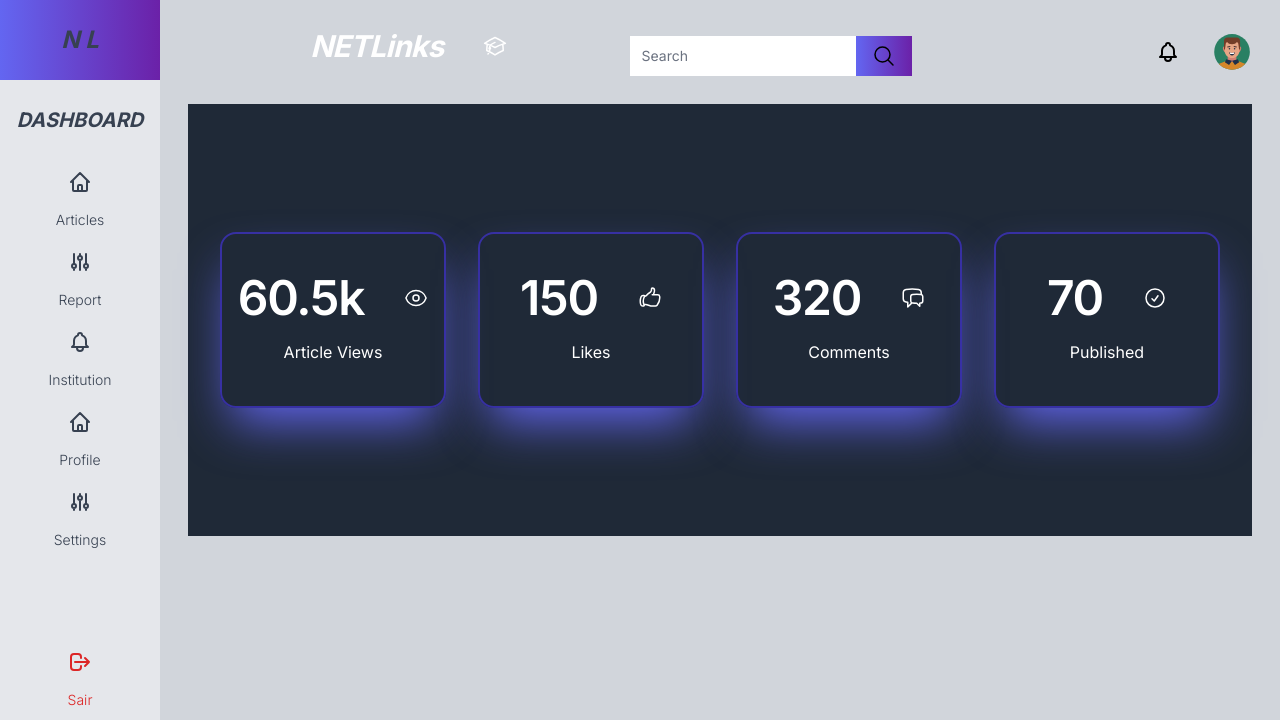
Repository: KennedyWanderson/AdminDashboard
Page: / (app in Code/admindashboard/)
An editor plug-in stored every save of this project. The page is shown before and after the next save, followed by the edit.
The browser window is 1280 px wide. The pictures show the whole page.
The project was rebuilt for these pictures with package versions that can differ from the ones it lists, and the page was loaded fresh each time. The framework's server and built-in components were replaced by stand-ins that run in the browser. Also part of the build but not shown: Code/admindashboard/next.config.mjs.

Above is the page before, as saved 2024-06-26 20:11:28.

### Code/admindashboard/src/app/layout.js
import { Inter } from "next/font/google";
import "./globals.css";

const inter = Inter({ subsets: ["latin"] });

export const metadata = {
  title: "Admin Dashboard",
  description: "Generated by Kennedy Wanderson",
};

export default function RootLayout({ children }) {
  return (
    <html lang="en">
      <body className={inter.className}>{children}</body>
    </html>
  );
}

### Code/admindashboard/src/app/page.js
import Layout from "@/components/Layout";

export default function Home() {
  return (
    <Layout>
      Content
    </Layout>
  )
}

### Code/admindashboard/src/components/Layout.jsx
"use client";

import { useState } from "react";
import Content from "./Content";
import Header from "./Header";
import LateralMenu from "./LateralMenu";
import HomePage from "./Home";


export default function Layout() {
    const [activeComponent, setActiveComponent] = useState("HomePage");

    const renderActiveComponent = () => {
        switch (activeComponent) {
            case "HomePage":
                return <HomePage />;
            default:
                return <HomePage />;
        }
    };

    return (
        <div className={`flex h-screen w-screen`}>
            <LateralMenu setActiveComponent={setActiveComponent} />
            <div className={`
                flex flex-col w-full p-7
                bg-gray-300 dark:bg-gray-800
            `}>
                <Header />
                <Content>
                    {renderActiveComponent()}
                </Content>
            </div>
        </div>
    );
}

### Code/admindashboard/src/components/Content.jsx
export default function Content({ children }) {
    return (
        <div className={`
            flex flex-col mt-7
            dark:text-gray-200
        `}>
            {children}
        </div>
    );
}

### Code/admindashboard/src/components/Header.jsx
import AvatarUsuario from "./UserAvatar";
import { IconeAcademic, IconeSearch, IconeSino } from "./icons";

export default function Header({ titulo, subtitulo }) {


    return (
        <div className={`flex`}>
            <div>
                <h1 className={`
                font-black text-3xl
                text-gray-900 dark:text-gray-100
            `}>
                    {titulo}
                </h1>
                <h2 className={`
                font-light text-sm
                dark:text-gray-300
            `}>
                    {subtitulo}
                </h2>
            </div>
            <header className="flex flex-grow justify-center text-white">
                <nav className=" justify-center" aria-label="Global">
                    <div className="hidden lg:flex lg:gap-x-12">
                        <a href="#" className="order-first text-xl font-bold flex items-center gap-10 italic tracking-tight text-white sm:text-3xl">NETLinks {IconeAcademic}</a>
                    </div>
                </nav>
            </header>

                <div className="relative mt-2 ">
                    <div className=" absolute inset-y-0 left-0 flex items-center pl-3">
                        <span className="text-gray-500 sm:text-sm">Search </span>
                    </div>
                    <input
                        type="text"
                        name="search"
                        id="search"
                        className="w-full rounded-none py-2 px-6"
                    >

                    </input>
                    <div className="absolute inset-y-0 px-4 right-0 flex items-center bg-gradient-to-r from-indigo-500 to-purple-800 cursor-pointer">
                        {IconeSearch}
                    </div>
                </div>


            <div className={`flex flex-grow justify-end items-center gap-8`}>

                {IconeSino}
                <AvatarUsuario />
            </div>
        </div>
    )
}

### Code/admindashboard/src/components/LateralMenu.jsx
"use client";

import MenuItem from "./ItemMenu";
import { IconeAjustes, IconeCasa, IconeSair, IconeSino } from "./icons";

export default function LateralMenu({ setActiveComponent }) {
    return (
        <aside className={`
            flex flex-col items-center
            bg-gray-200 text-gray-700
            dark:bg-gray-900
        `}>
            <div className={`
                flex flex-col items-center justify-center font-bold italic text-2xl
                bg-gradient-to-r from-indigo-500 to-purple-800
                h-20 w-40
            `}>
                N L
            </div>
            <div className="flex items-center justify-center w-full h-20 bg-">
                <h4 className="font-bold italic text-xl
                text-gradient-to-r from-indigo-500 to-purple-800
                ">DASHBOARD</h4>
            </div>

            <ul className="flex-grow">

                <MenuItem
                    texto="Articles"
                    icone={IconeCasa}
                    onClick={() => setActiveComponent('HomePage')}
                />
                <MenuItem
                    texto="Report"
                    icone={IconeAjustes}
                    onClick={() => setActiveComponent('Ajustes')}
                />
                <MenuItem
                    texto="Institution"
                    icone={IconeSino}
                    onClick={() => setActiveComponent('Notificacoes')}
                />
                                <MenuItem
                    texto="Profile"
                    icone={IconeCasa}
                    onClick={() => setActiveComponent('HomePage')}
                />
                <MenuItem
                    texto="Settings"
                    icone={IconeAjustes}
                    onClick={() => setActiveComponent('Ajustes')}
                />

            </ul>
            <ul>
                <MenuItem
                    texto="Sair"
                    icone={IconeSair}
                    className={`
                        text-red-600 dark:text-red-400
                        hover:bg-red-400 hover:text-white
                        dark:hover:text-white
                    `}
                />
            </ul>
        </aside>
    );
}

### Code/admindashboard/src/components/Home.jsx
import { IconeCheck, IconeComment, IconeEye, IconeLike } from "./icons";

export default function HomePage() {
    return (
        <div className="py-24 sm:py-32 bg-gray-800">
            <div className="mx-auto max-w-full px-6 lg:px-8">
                <dl className="grid grid-cols-1 gap-x-8 gap-y-16 text-center lg:grid-cols-4">
                    <div className="mx-auto flex items-center max-w-xs flex-col w-full border-2 rounded-2xl shadow-2xl shadow-indigo-500 p-10 border-indigo-800 gap-y-4">
                        <dt className="text-base leading-7 text-white">Article Views</dt>
                        <dd className="order-first flex items-center gap-10 text-3xl font-semibold tracking-tight text-white sm:text-5xl">60.5k {IconeEye}</dd>
                    </div>
                    <div className="mx-auto flex items-center max-w-xs flex-col w-full border-2 rounded-2xl shadow-2xl shadow-indigo-500 p-10 border-indigo-800 gap-y-4">
                        <dt className="text-base leading-7 text-white">Likes</dt>
                        <dd className="order-first text-3xl flex items-center gap-10 font-semibold tracking-tight text-white sm:text-5xl">150 {IconeLike}</dd>
                    </div>
                    <div className="mx-auto flex items-center max-w-xs flex-col w-full border-2 rounded-2xl shadow-2xl shadow-indigo-500 p-10 border-indigo-800 gap-y-4">
                        <dt className="text-base leading-7 text-white">Comments</dt>
                        <dd className="order-first text-3xl flex items-center gap-10 font-semibold tracking-tight text-white sm:text-5xl">320 {IconeComment}</dd>
                    </div>
                    <div className="mx-auto flex items-center max-w-xs flex-col w-full border-2 rounded-2xl shadow-2xl shadow-indigo-500 p-10 border-indigo-800 gap-y-4">
                        <dt className="text-base leading-7 text-white">Published</dt>
                        <dd className="order-first text-3xl flex items-center gap-10 font-semibold tracking-tight text-white sm:text-5xl">70 {IconeCheck}</dd>
                    </div>
                </dl>

                {/* <table className="table-auto w-full mt-8 text-white">
                    <thead>
                        <tr className="">
                            <th className="px-4 py-2 border">Song</th>
                            <th className="px-4 py-2 border">Artist</th>
                            <th className="px-4 py-2 border">Year</th>
                        </tr>
                    </thead>
                    <tbody>
                        <tr className="">
                            <td className="px-4 py-2 border">The Sliding Mr. Bones (Next Stop, Pottersville)</td>
                            <td className="px-4 py-2 border">Malcolm Lockyer</td>
                            <td className="px-4 py-2 border">1961</td>
                        </tr>
                        <tr className="">
                            <td className="px-4 py-2 border">Witchy Woman</td>
                            <td className="px-4 py-2 border">The Eagles</td>
                            <td className="px-4 py-2 border">1972</td>
                        </tr>
                        <tr className="">
                            <td className="px-4 py-2 border">Shining Star</td>
                            <td className="px-4 py-2 border">Earth, Wind, and Fire</td>
                            <td className="px-4 py-2 border">1975</td>
                        </tr>
                        <tr className="">
                            <td className="px-4 py-2 border">The Sliding Mr. Bones (Next Stop, Pottersville)</td>
                            <td className="px-4 py-2 border">Malcolm Lockyer</td>
                            <td className="px-4 py-2 border">1961</td>
                        </tr>
                        <tr className="">
                            <td className="px-4 py-2 border">Witchy Woman</td>
                            <td className="px-4 py-2 border">The Eagles</td>
                            <td className="px-4 py-2 border">1972</td>
                        </tr>
                        <tr className="">
                            <td className="px-4 py-2 border">Shining Star</td>
                            <td className="px-4 py-2 border">Earth, Wind, and Fire</td>
                            <td className="px-4 py-2 border">1975</td>
                        </tr>
                        <tr className="">
                            <td className="px-4 py-2 border">The Sliding Mr. Bones (Next Stop, Pottersville)</td>
                            <td className="px-4 py-2 border">Malcolm Lockyer</td>
                            <td className="px-4 py-2 border">1961</td>
                        </tr>
                        <tr className="">
                            <td className="px-4 py-2 border">Witchy Woman</td>
                            <td className="px-4 py-2 border">The Eagles</td>
                            <td className="px-4 py-2 border">1972</td>
                        </tr>
                        <tr className="">
                            <td className="px-4 py-2 border">Shining Star</td>
                            <td className="px-4 py-2 border">Earth, Wind, and Fire</td>
                            <td className="px-4 py-2 border">1975</td>
                        </tr>
                        <tr className="">
                            <td className="px-4 py-2 border">The Sliding Mr. Bones (Next Stop, Pottersville)</td>
                            <td className="px-4 py-2 border">Malcolm Lockyer</td>
                            <td className="px-4 py-2 border">1961</td>
                        </tr>
                        <tr className="">
                            <td className="px-4 py-2 border">Witchy Woman</td>
                            <td className="px-4 py-2 border">The Eagles</td>
                            <td className="px-4 py-2 border">1972</td>
                        </tr>
                        <tr className="">
                            <td className="px-4 py-2 border">Shining Star</td>
                            <td className="px-4 py-2 border">Earth, Wind, and Fire</td>
                            <td className="px-4 py-2 border">1975</td>
                        </tr>
                        <tr className="">
                            <td className="px-4 py-2 border">The Sliding Mr. Bones (Next Stop, Pottersville)</td>
                            <td className="px-4 py-2 border">Malcolm Lockyer</td>
                            <td className="px-4 py-2 border">1961</td>
                        </tr>
                        <tr className="">
                            <td className="px-4 py-2 border">Witchy Woman</td>
                            <td className="px-4 py-2 border">The Eagles</td>
                            <td className="px-4 py-2 border">1972</td>
                        </tr>
                        <tr className="">
                            <td className="px-4 py-2 border">Shining Star</td>
                            <td className="px-4 py-2 border">Earth, Wind, and Fire</td>
                            <td className="px-4 py-2 border">1975</td>
                        </tr>

                    </tbody>
                </table> */}
            </div>
        </div>
    )
}

### Code/admindashboard/src/components/UserAvatar.jsx


export default function AvatarUsuario({className}) {
    return (
            <img
                src={'/images/avatar.svg'}
                alt="Avatar do Usuário"
                className={`
                    h-10 w-10 rounded-full cursor-pointer
                    ${className}
                `}
            />

    )
}

### Code/admindashboard/src/components/icons/index.jsx
// Pra mais icones acessar... https://heroicons.com/

export const IconeSearch = (
    <svg xmlns="http://www.w3.org/2000/svg" fill="none" viewBox="0 0 24 24" strokeWidth={1.5} stroke="currentColor" className="size-6">
        <path strokeLinecap="round" strokeLinejoin="round" d="m21 21-5.197-5.197m0 0A7.5 7.5 0 1 0 5.196 5.196a7.5 7.5 0 0 0 10.607 10.607Z" />
    </svg>
)

export const IconeAcademic = (
    <svg xmlns="http://www.w3.org/2000/svg" fill="none" viewBox="0 0 24 24" strokeWidth={1.5} stroke="currentColor" className="size-6">
        <path strokeLinecap="round" strokeLinejoin="round" d="M4.26 10.147a60.438 60.438 0 0 0-.491 6.347A48.62 48.62 0 0 1 12 20.904a48.62 48.62 0 0 1 8.232-4.41 60.46 60.46 0 0 0-.491-6.347m-15.482 0a50.636 50.636 0 0 0-2.658-.813A59.906 59.906 0 0 1 12 3.493a59.903 59.903 0 0 1 10.399 5.84c-.896.248-1.783.52-2.658.814m-15.482 0A50.717 50.717 0 0 1 12 13.489a50.702 50.702 0 0 1 7.74-3.342M6.75 15a.75.75 0 1 0 0-1.5.75.75 0 0 0 0 1.5Zm0 0v-3.675A55.378 55.378 0 0 1 12 8.443m-7.007 11.55A5.981 5.981 0 0 0 6.75 15.75v-1.5" />
    </svg>

)

export const IconeComment = (
    <svg xmlns="http://www.w3.org/2000/svg" fill="none" viewBox="0 0 24 24" strokeWidth={1.5} stroke="currentColor" className="size-6">
        <path strokeLinecap="round" strokeLinejoin="round" d="M20.25 8.511c.884.284 1.5 1.128 1.5 2.097v4.286c0 1.136-.847 2.1-1.98 2.193-.34.027-.68.052-1.02.072v3.091l-3-3c-1.354 0-2.694-.055-4.02-.163a2.115 2.115 0 0 1-.825-.242m9.345-8.334a2.126 2.126 0 0 0-.476-.095 48.64 48.64 0 0 0-8.048 0c-1.131.094-1.976 1.057-1.976 2.192v4.286c0 .837.46 1.58 1.155 1.951m9.345-8.334V6.637c0-1.621-1.152-3.026-2.76-3.235A48.455 48.455 0 0 0 11.25 3c-2.115 0-4.198.137-6.24.402-1.608.209-2.76 1.614-2.76 3.235v6.226c0 1.621 1.152 3.026 2.76 3.235.577.075 1.157.14 1.74.194V21l4.155-4.155" />
    </svg>

)

export const IconeCheck = (
    <svg xmlns="http://www.w3.org/2000/svg" fill="none" viewBox="0 0 24 24" strokeWidth={1.5} stroke="currentColor" className="size-6">
        <path strokeLinecap="round" strokeLinejoin="round" d="M9 12.75 11.25 15 15 9.75M21 12a9 9 0 1 1-18 0 9 9 0 0 1 18 0Z" />
    </svg>


)

export const IconeLike = (
    <svg xmlns="http://www.w3.org/2000/svg" fill="none" viewBox="0 0 24 24" strokeWidth={1.5} stroke="currentColor" className="size-6">
        <path strokeLinecap="round" strokeLinejoin="round" d="M6.633 10.25c.806 0 1.533-.446 2.031-1.08a9.041 9.041 0 0 1 2.861-2.4c.723-.384 1.35-.956 1.653-1.715a4.498 4.498 0 0 0 .322-1.672V2.75a.75.75 0 0 1 .75-.75 2.25 2.25 0 0 1 2.25 2.25c0 1.152-.26 2.243-.723 3.218-.266.558.107 1.282.725 1.282m0 0h3.126c1.026 0 1.945.694 2.054 1.715.045.422.068.85.068 1.285a11.95 11.95 0 0 1-2.649 7.521c-.388.482-.987.729-1.605.729H13.48c-.483 0-.964-.078-1.423-.23l-3.114-1.04a4.501 4.501 0 0 0-1.423-.23H5.904m10.598-9.75H14.25M5.904 18.5c.083.205.173.405.27.602.197.4-.078.898-.523.898h-.908c-.889 0-1.713-.518-1.972-1.368a12 12 0 0 1-.521-3.507c0-1.553.295-3.036.831-4.398C3.387 9.953 4.167 9.5 5 9.5h1.053c.472 0 .745.556.5.96a8.958 8.958 0 0 0-1.302 4.665c0 1.194.232 2.333.654 3.375Z" />
    </svg>

)

export const IconeEye = (
    <svg xmlns="http://www.w3.org/2000/svg" fill="none" viewBox="0 0 24 24" strokeWidth={1.5} stroke="currentColor" className="size-6">
        <path strokeLinecap="round" strokeLinejoin="round" d="M2.036 12.322a1.012 1.012 0 0 1 0-.639C3.423 7.51 7.36 4.5 12 4.5c4.638 0 8.573 3.007 9.963 7.178.07.207.07.431 0 .639C20.577 16.49 16.64 19.5 12 19.5c-4.638 0-8.573-3.007-9.963-7.178Z" />
        <path strokeLinecap="round" strokeLinejoin="round" d="M15 12a3 3 0 1 1-6 0 3 3 0 0 1 6 0Z" />
    </svg>
)

export const IconeCasa = (
    <svg xmlns="http://www.w3.org/2000/svg" className="h-6 w-6" fill="none" viewBox="0 0 24 24" stroke="currentColor">
        <path strokeLinecap="round" strokeLinejoin="round" strokeWidth={2} d="M3 12l2-2m0 0l7-7 7 7M5 10v10a1 1 0 001 1h3m10-11l2 2m-2-2v10a1 1 0 01-1 1h-3m-6 0a1 1 0 001-1v-4a1 1 0 011-1h2a1 1 0 011 1v4a1 1 0 001 1m-6 0h6" />
    </svg>
)

export const IconeAjustes = (
    <svg xmlns="http://www.w3.org/2000/svg" className="h-6 w-6" fill="none" viewBox="0 0 24 24" stroke="currentColor">
        <path strokeLinecap="round" strokeLinejoin="round" strokeWidth={2} d="M12 6V4m0 2a2 2 0 100 4m0-4a2 2 0 110 4m-6 8a2 2 0 100-4m0 4a2 2 0 110-4m0 4v2m0-6V4m6 6v10m6-2a2 2 0 100-4m0 4a2 2 0 110-4m0 4v2m0-6V4" />
    </svg>
)

export const IconeSino = (
    <svg xmlns="http://www.w3.org/2000/svg" className="h-6 w-6" fill="none" viewBox="0 0 24 24" stroke="currentColor">
        <path strokeLinecap="round" strokeLinejoin="round" strokeWidth={2} d="M15 17h5l-1.405-1.405A2.032 2.032 0 0118 14.158V11a6.002 6.002 0 00-4-5.659V5a2 2 0 10-4 0v.341C7.67 6.165 6 8.388 6 11v3.159c0 .538-.214 1.055-.595 1.436L4 17h5m6 0v1a3 3 0 11-6 0v-1m6 0H9" />
    </svg>
)

export const IconeSair = (
    <svg xmlns="http://www.w3.org/2000/svg" className="h-6 w-6" fill="none" viewBox="0 0 24 24" stroke="currentColor">
        <path strokeLinecap="round" strokeLinejoin="round" strokeWidth={2} d="M17 16l4-4m0 0l-4-4m4 4H7m6 4v1a3 3 0 01-3 3H6a3 3 0 01-3-3V7a3 3 0 013-3h4a3 3 0 013 3v1" />
    </svg>
)

export const IconeSol = (tamanho = 6) => (
    <svg xmlns="http://www.w3.org/2000/svg" className={`h-${tamanho} w-${tamanho}`} fill="none" viewBox="0 0 24 24" stroke="currentColor">
        <path strokeLinecap="round" strokeLinejoin="round" strokeWidth={2} d="M12 3v1m0 16v1m9-9h-1M4 12H3m15.364 6.364l-.707-.707M6.343 6.343l-.707-.707m12.728 0l-.707.707M6.343 17.657l-.707.707M16 12a4 4 0 11-8 0 4 4 0 018 0z" />
    </svg>
)

export const IconeLua = (tamanho = 6) => (
    <svg xmlns="http://www.w3.org/2000/svg" className={`h-${tamanho} w-${tamanho}`} fill="none" viewBox="0 0 24 24" stroke="currentColor">
        <path strokeLinecap="round" strokeLinejoin="round" strokeWidth={2} d="M20.354 15.354A9 9 0 018.646 3.646 9.003 9.003 0 0012 21a9.003 9.003 0 008.354-5.646z" />
    </svg>
)

export const IconeAtencao = (tamanho = 1) => (
    <svg xmlns="http://www.w3.org/2000/svg" className={`h-${tamanho} w-${tamanho}`} fill="none" viewBox="0 0 24 24" stroke="currentColor">
        <path strokeLinecap="round" strokeLinejoin="round" strokeWidth={2} d="M12 9v2m0 4h.01m-6.938 4h13.856c1.54 0 2.502-1.667 1.732-3L13.732 4c-.77-1.333-2.694-1.333-3.464 0L3.34 16c-.77 1.333.192 3 1.732 3z" />
    </svg>
)

### Code/admindashboard/src/components/ItemMenu.jsx

export default function MenuItem({ texto, icone, url, className, onClick }) {
    function renderizarLink() {
        return (
            <div className={`
                flex flex-col justify-center items-center
                h-20 w-auto gap-4
                dark:text-gray-200
                ${className}
            `}>
                {icone}
                <span className="text-sm font-light">
                    {texto}
                </span>
            </div>
        );
    }

    return (
        <li
            onClick={onClick}
            className={`
                hover:bg-gray-100 dark:hover:bg-gray-800
                cursor-pointer
            `}
        >
            {url ? (
                <a href={url}>
                    {renderizarLink()}
                </a>
            ) : (
                renderizarLink()
            )}
        </li>
    );
}

Loaded but not shown: Code/admindashboard/src/app/globals.css (common file); Code/admindashboard/tailwind.config.js (common file)

After the next save:
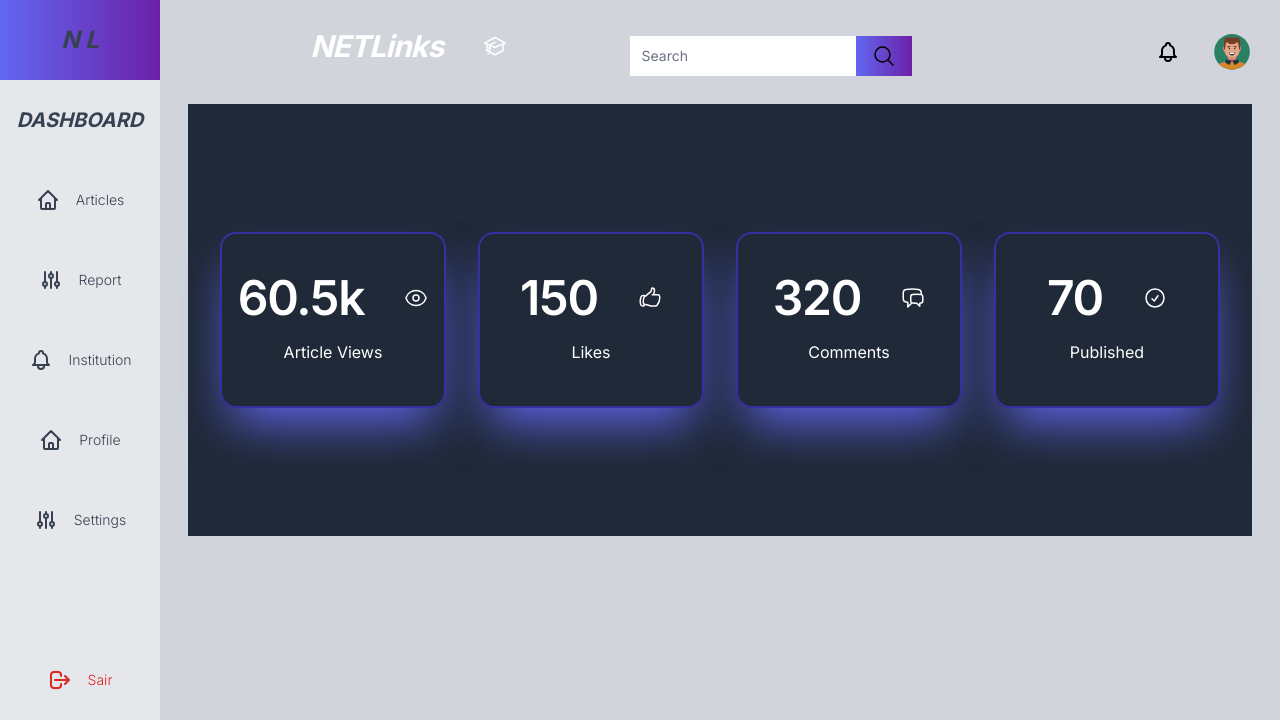
Saved 30 s later.
--- a/Code/admindashboard/src/components/ItemMenu.jsx
+++ b/Code/admindashboard/src/components/ItemMenu.jsx
@@ -3,7 +3,7 @@ export default function MenuItem({ texto, icone, url, className, onClick }) {
     function renderizarLink() {
         return (
             <div className={`
-                flex flex-col justify-center items-center
+                flex fle justify-center items-center
                 h-20 w-auto gap-4
                 dark:text-gray-200
                 ${className}
